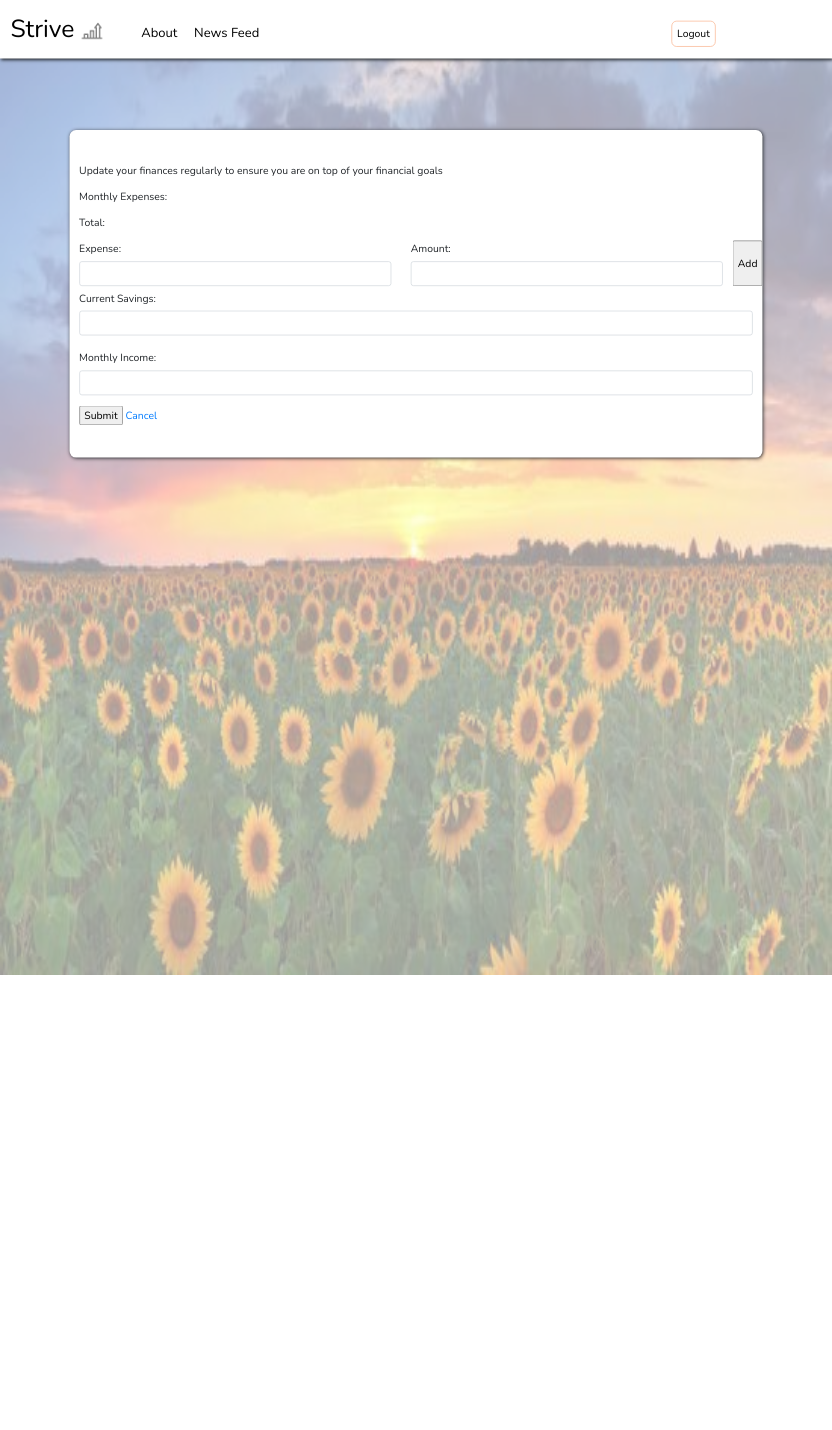
Repository: NoraOK/Strive
Page: http://localhost/strive/WEB-INF/strive/ie.jsp
An editor plug-in stored every save of this project. The page is shown before and after the next save, followed by the edit.
The browser window is 1280 px wide. The pictures show the whole page, at 65% of full size.
The page is served by Tomcat 9. Nobody is signed in. The template is opened directly, without the code that normally fills it, so the values that code supplies are empty.

Above is the page before, as saved 2019-12-20 17:53:50.

After the next save:
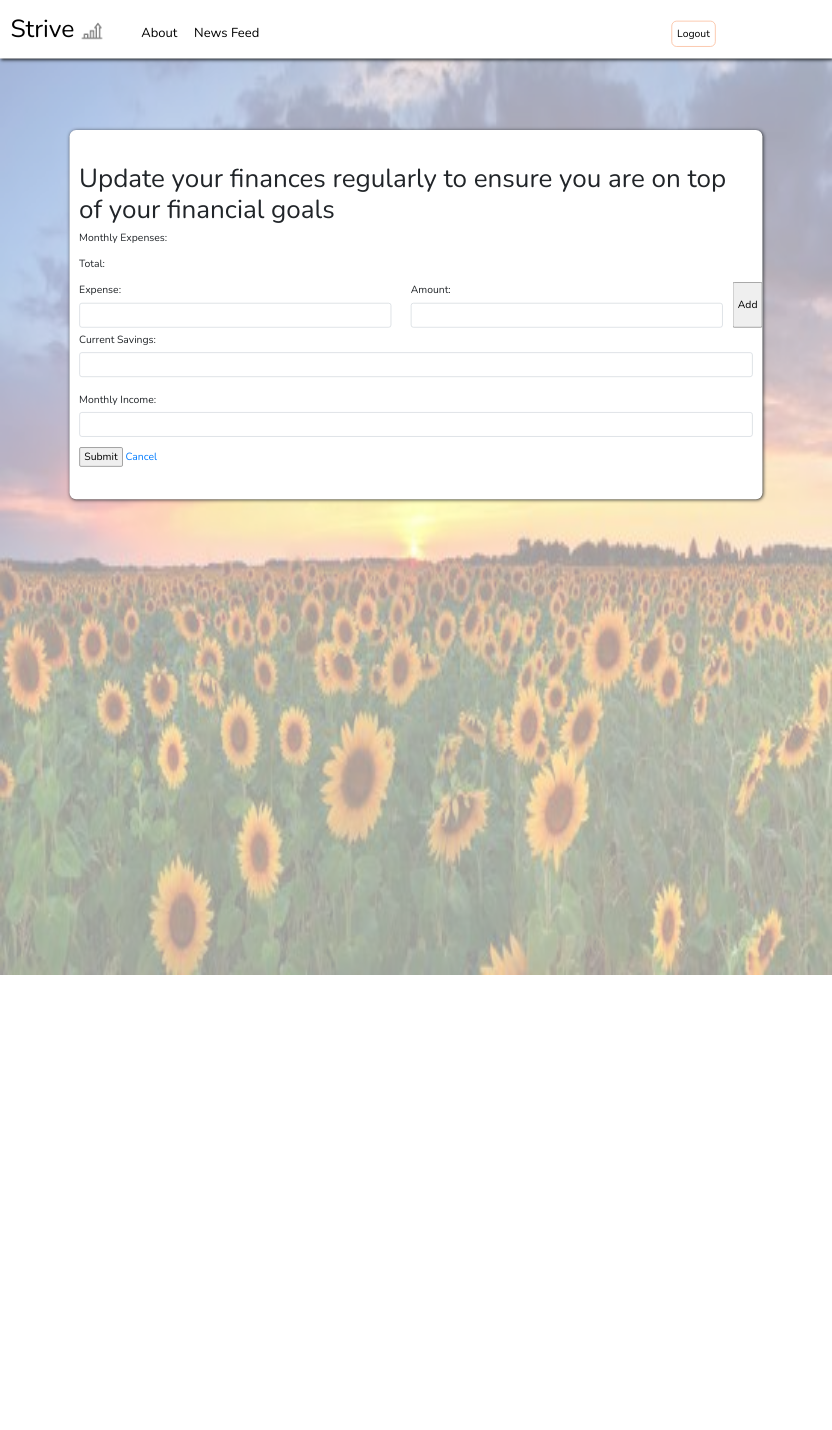
Saved 47 s later.
--- a/strive/src/main/webapp/WEB-INF/strive/ie.jsp
+++ b/strive/src/main/webapp/WEB-INF/strive/ie.jsp
@@ -24,7 +24,7 @@
 	<div class="body">
 		<img src="/images/flowers.jpg">
 		<div class="container col-10 spotlight">
-		<p>Update your finances regularly to ensure you are on top of your financial goals</p>
+		<p class="h1">Update your finances regularly to ensure you are on top of your financial goals</p>
 		<p>Monthly Expenses:</p>
 		<c:forEach items="${user.user_expenses}" var="userExpense">
 			<p><c:out value="${userExpense.name}"/>  <fmt:formatNumber value="${userExpense.amount}" type="currency"/>
